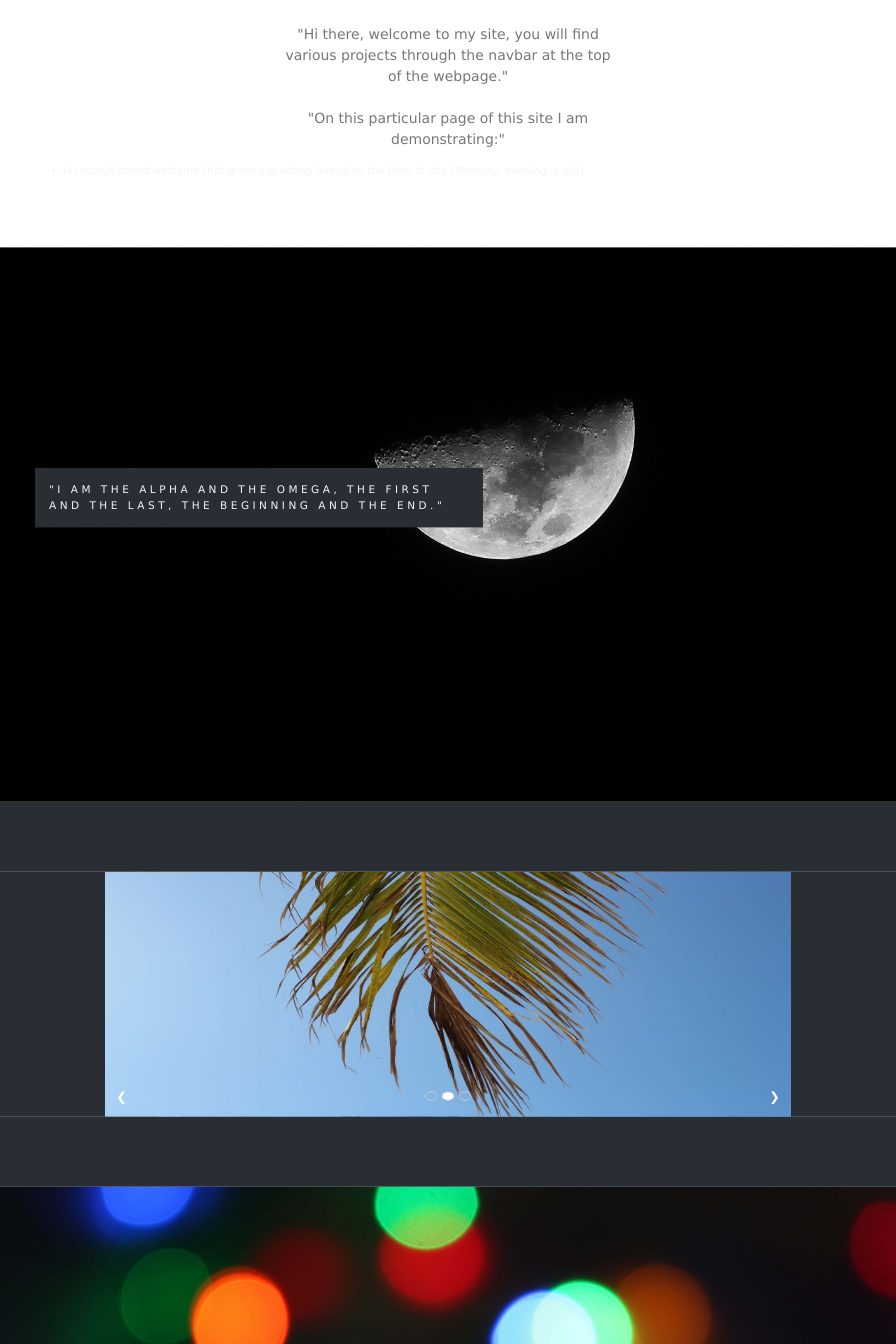
Repository: Jasondhillon/jasondhillon.github.io
Page: index.html
These files come from the project's save history. The page is drawn as it stood at one moment and after the next save; the edit follows.
The browser window is 1280 px wide. The pictures show the part of the page from y = 918 to 2838 px (the page is 3676 px tall before and 3781 px after), at 70% of full size.
Backgrounds fixed to the window are drawn as part of the page.

Above is the page before, as saved 2020-04-07 17:17:01.

### index.html
<!DOCTYPE html>
<html>
<head>
  <title>Welcome</title>
  <meta name="viewport" content="width=device-width, initial-scale=1">
  <meta name="robots" content="noindex, nofollow">
  <style>
    /*Above the fold*/
      html, body{width:100%; height: 100%; font-family: 'Ubuntu', sans-serif; color: whitesmoke;}

      .parallax{
      height:110%;
      background-attachment: fixed;
      background-position: center;
      background-repeat: no-repeat;
      background-size: cover;
      z-index: -5;
      }

      .topnav {
      position: absolute;
      overflow: hidden;
      }

      .topnav a {
      float: left;
      display: block;
      color: white;
      text-align: center;
      padding: 22px 21px;
      text-decoration: none;
      text-shadow: 0px 0px 10px black;
      font-size: 20px;
      }


      .topnav a:hover {
      background-color: #ddd;
      color: black;
      text-shadow: none;
      }

      .topnav .icon {
      display: none;
      color: white;
      }

      #welcome{
      text-align: center;
      position: absolute;
      left:0;
      width:100%;
      top:40%;
    }

    /*Mobile Media Query*/
      @media screen and (max-width:770px){
        html{overflow-x: hidden}
        /*Change Parallax to use smaller images*/
        .parallax{background-attachment: scroll;}
        #parallax1{background-image: url(../img/mosaic_small.jpg) !important;}
        #parallax2{background-image: url(../img/moon4_small2.jpg) !important; }
        #parallax3{background-image: url(../img/blur_small.jpg) !important;}

        /*Change Navbar to become hamburger menu*/
        .topnav a:not(:last-child) {
            display: none;
        }

        .topnav{
            min-height:100px;
            position: relative;
        }
        .topnav a.icon {
            position: absolute;
            right: 0;
            display: block;

        }
        .topnav.responsive {
            position: relative;
        }
        .topnav.responsive .icon {
            position: absolute;
            right: 0;
            top: 0;
        }
        .topnav.responsive a {
            float: none;
            display: block;
            text-align: left;
        }
      }
  </style>
  <!-- Async Script -->
    <noscript id="deferred-styles">
      <link rel="stylesheet" type="text/css" href="css/stylesheet.css"/>
      <link rel="stylesheet" href="https://www.w3schools.com/w3css/4/w3.css">
      <link rel="stylesheet" href="https://fonts.googleapis.com/css?family=Lato">
    </noscript>
    <script>
      var loadDeferredStyles = function() {
        var addStylesNode = document.getElementById("deferred-styles");
        var replacement = document.createElement("div");
        replacement.innerHTML = addStylesNode.textContent;
        document.body.appendChild(replacement)
        addStylesNode.parentElement.removeChild(addStylesNode);
      };
      var raf = requestAnimationFrame || mozRequestAnimationFrame ||
          webkitRequestAnimationFrame || msRequestAnimationFrame;
      if (raf) raf(function() { window.setTimeout(loadDeferredStyles, 0); });
      else window.addEventListener('load', loadDeferredStyles);
    </script>

</head>

<body>
<!-- Parallax/Navbar -->
  <div id="parallax1" class="parallax" style=" z-index: 1; height:110%; background-image: url(img/mosaic.JPG);" >
    <!--p style="color:white; height:110%; z-index: -599; position: absolute;"> loading </p-->

    <nav class="topnav" id="myTopnav">
      <a href="">Home</a>
      <a href="photos/index.html">Photos</a>
      <a href="about/index.html">About</a>
      <a href="contact/index.html">Contact</a>
      <a href="alt/index.html">Alt Site</a>
      <a href="javascript:void(0);" style="font-size:25px;" class="icon" onclick="myFunction();">&#9776;</a>
  </nav>

      <script>
          function myFunction()
          {
            var temp;
            var temp2;
            clearInterval(temp);
            clearInterval(temp2);

            var x = document.getElementById("myTopnav");
            var y = document.getElementById("welcometext");

            if (x.className === "topnav")
            {
              x.className += " responsive";

              y.style.opacity = 1;
              var temp = setInterval(function()
              {
                if(y.style.opacity<= 0)
                {
                  y.style.opacity = 0;
                  clearInterval(temp);

                }
                else
                {
                  y.style.opacity-=.1;
                  console.log("subtracting");
                }
              }, 10);

            }
            else
            {
              x.className = "topnav";
              y.style.opacity = 0;
                var temp2 = setInterval(function()
                {
                  if(y.style.opacity>= 1)
                  {
                    y.style.opacity = 1;
                    clearInterval(temp2);

                  }
                  else
                  {
                    y.style.opacity = parseFloat(y.style.opacity) + .05;
                    console.log("adding");
                  }
                }, 10);

            }
          }
      </script>

    <div id="welcome">
      <p id="welcometext">welcome</p>

      <script>
      var x = document.getElementById("welcometext");
      var y = new Date().getHours();
       if(y<12) x.innerHTML = "Good Morning";
       else if(y==12) x.innerHTML = "Welcome";
       else x.innerHTML = "Good Afternoon";
      </script>
    </div>

  </div>

<!-- Quote  -->
  <div style="background-color: white; padding: 80px 50px; line-height: 30px;">
    <h1 style="text-align: center; color: #444; text-transform: uppercase;">Jason Dhillon's Portfolio </h1>
    <p id="quote" style="text-align: center; width:40%; white-space:pre-line; margin: 0 auto; font-size: 20px; color: #777">
      "Hi there, welcome to my site, you will find various projects through the navbar at the top of the webpage."</p>
      <p id="quote" style="text-align: center; width:40%; white-space:pre-line; margin: 0 auto; font-size: 20px; color: #777">
        "On this particular page of this site I am demonstrating:"
      <ul>
        <li> Javascript based welcome that gives a greeting based on the time of day (Morning, evening, night)</li>
      </ul></p>
  </div>

<!-- Parallax/Moon -->
  <div id="parallax2" class="parallax" style="background-image: url(img/moon4.JPG);">
    <div style="position: relative; left:50px; top:100px; width:50%;">
      <p id="moontext">
        "I am the Alpha and the Omega,
          the First and the Last,
            the Beginning and the End."</p>
      </div>
  </div>

<!-- Slide Show -->
  <div style="background-color: #282E34; height: 100px;"></div>
  <div style="background-color: #282E34;">
    <div class="w3-content w3-display-container" style="height:350px; overflow:hidden">
      <img class="mySlides" src="img/IMG_0911.JPG" style="z-Index:3">
      <img class="mySlides" src="img/IMG_0810.JPG" style="z-Index:2">
      <img class="mySlides" src="img/IMG_1858.JPG" style="z-Index:1">

    <!-- Slide Show Buttons -->
      <div class="w3-center w3-container w3-section w3-large w3-text-white w3-display-bottommiddle" style="width:100%; z-index:4;">
        <div class="w3-left w3-hover-text-khaki" onclick="plusDivs(-1)">&#10094;</div>
        <div class="w3-right w3-hover-text-khaki" onclick="plusDivs(1)">&#10095;</div>
        <span class="w3-badge demo w3-border w3-transparent w3-hover-white" onclick="currentDiv(1)"></span>
        <span class="w3-badge demo w3-border w3-transparent w3-hover-white" onclick="currentDiv(2)"></span>
        <span class="w3-badge demo w3-border w3-transparent w3-hover-white" onclick="currentDiv(3)"></span>
      </div>

      <!--Slide Show Script -->
        <script>
          var slideIndex = 0;
          var j = null;
          document.getElementsByClassName("demo")[slideIndex].className += " w3-white";
          var looper = setInterval(function(){if(j==null){showNextDivs(1+slideIndex);}}, 5000);

          function plusDivs(n) {
            if(looper!== null){
              clearInterval(looper);
              looper = null;
            }

            if(j==null){
            showNextDivs(n+slideIndex);
            }
          }
          function currentDiv(n) {
            if(looper!== null){
              clearInterval(looper);
              looper = null;
            }

            if(j==null){
              showDivs(n);
            }
          }
          //////////////////////////////////////////////////////
          function showDivs(n) {
            var prev = slideIndex;
            var next = n-1;
            var x = document.getElementsByClassName("mySlides");
            var dots = document.getElementsByClassName("demo");

            x[prev].style.zIndex = 3;

            x[next].style.zIndex = 2;

            for(var i = 0; i<x.length; i++){
              if((i!== prev) && (i!==next)){
                x[i].style.zIndex = 1;
              }

            }
              var opc = 1;
              j = setInterval(function(){
                  if (opc <= 0) {
                    x[next].style.zIndex = 3;
                    x[prev].style.zIndex = 2;
                    x[prev].style.opacity = 1;
                      clearInterval(j);
                      j=null;
                  } else {
                      opc-=.01;

                      x[prev].style.opacity = opc;
                  }
              }, 10);

              slideIndex = next;

            for (i = 0; i < dots.length; i++) {
              dots[i].className = dots[i].className.replace(" w3-white", "");
            }

            dots[next].className += " w3-white";
            x[prev].style.opacity = 1;
          }
          ////////////////////////////////////////////////////
          function showNextDivs(n) {
            var x = document.getElementsByClassName("mySlides");
            var dots = document.getElementsByClassName("demo");

            var prev = slideIndex;
            var next = n;
            if (n == -1) {next = 2}
            if (n == 3) {next = 0}
            var x = document.getElementsByClassName("mySlides");
            var dots = document.getElementsByClassName("demo");

            x[prev].style.zIndex = 3;

            x[next].style.zIndex = 2;

            for(var i = 0; i<x.length; i++){
              if((i!== prev) && (i!==next)){
                x[i].style.zIndex = 1;
              }

            }
              var opc = 1;
              j = setInterval(function(){
                  if (opc <= 0) {
                    x[next].style.zIndex = 3;
                    x[prev].style.zIndex = 2;
                    x[prev].style.opacity = 1;
                      clearInterval(j);
                      j=null;
                  } else {
                      opc-=.01;

                      x[prev].style.opacity = opc;
                  }
              }, 10);

              slideIndex = next;

            for (i = 0; i < dots.length; i++) {
              dots[i].className = dots[i].className.replace(" w3-white", "");
            }

            dots[next].className += " w3-white";
            x[prev].style.opacity = 1;

            console.log("Previous: " + prev + "\nslideIndex: " + slideIndex)
          }
        </script>

      </div>
    </div>
  </div>
  <div style="background-color: #282E34; height: 100px;"></div>


<!-- Skype Bot -->
  <span class="skype-button bubble " data-bot-id="2c2a7e41-040a-4fcd-b10a-2480ac3c488e"></span>
  <script src="https://swc.cdn.skype.com/sdk/v1/sdk.min.js"></script>

  <!-- Parallax -->
  <div id="parallax3" class="parallax" style="background-image: url(img/blur.JPG);">
  </div>

  <!-- Footer -->
  <footer class="footer">
    <table class="footer" cellspacing="0" cellpadding="0">

      <tr>
        <td>
          <p class="footer">SOCIAL</p>
          <ul class="footer">
            <li class="footer"><a  class="footer" href="https://www.facebook.com/"> <img src="img/facebook.svg" alt="" width="50px" height="50px"></li>
            <li class="footer"><a  class="footer" href="https://twitter.com/"> <img src="img/twitter.svg" alt="" width="50px" height="50px"></li>
            <li class="footer"><a class="footer" href="https://plus.google.com/+"> <img src="img/googleplus.svg" alt="" width="50px" height="50px"></li>
            <li class="footer"><a class="footer" href="https://www.instagram.com//"> <img src="img/instagram.svg" alt="" width="50px" height="50px"></li>
            <li class="footer"><a class="footer" href="https://www.youtube.com/"> <img src="img/youtube.svg" alt="" width="50px" height="50px"></li>
          </ul>
        </td>

        <!--Desktop-->
        <td id="desktop">
            <h4>You can contact me here</h4>
            <h4><img id="icon" src="img/location2.png">Orlando, FL</h4>
            <h4><img id="icon" src="img/phone2.png"><a style="color:dodgerblue" href="tel:">1-407-407-0000</h4></a></li>
            <h4><img id="icon" src="img/mail2.png"><a style="color:dodgerblue" href="mailto:">email@gmail.com</a></h4>
        </td>
      </tr>

      <!--Mobile-->
      <tr>
        <td id="mobile">
          <ul style="margin: 0 auto; width: 100%; padding: 20px;">
            <li class="footer" style="width:100%"><h4>You can contact me here</h4></li>
            <li class="footer" style="width:100%"><h4><img id="icon" src="img/location2.png">Orlando, FL</h4></li>
            <li class="footer" style="width:100%"><h4><img id="icon" src="img/phone2.png"><a style="color:dodgerblue" href="tel:">1-407-407-0000</h4></a></li>
            <li class="footer" style="width:100%"><h4><img id="icon" src="img/mail2.png"><a style="color:dodgerblue" href="mailto:">email@gmail.com</a></h4></li>
          </ul>
        </td>
      </tr>
    </table>

  </footer>

</body>
</html>

### css/stylesheet.css
html, body{width:100%; height: 100%; font-family: 'Ubuntu', sans-serif; color: whitesmoke;}
a{text-decoration: underline;}
.mySlides {display:block; position: absolute;}
.w3-left, .w3-right, .w3-badge {cursor:pointer}
.w3-badge {height:13px; width:13px; padding:0}

/*Parallax*/
    .parallax{
        height:110%;
        background-attachment: fixed;
        background-position: center;
        background-repeat: no-repeat;
        background-size: cover;
        z-index: -5;
    }

 /*Moon Text*/
    #moontext {
        position: absolute;
        top:200px;
        text-transform:uppercase;
        background-color:#282E34;
        width:100%;
        letter-spacing: 5px;
        padding: 20px;
    }


/*Navbar*/
    .topnav {
        position: absolute;
        overflow: hidden;
        }

        .topnav a {
        float: left;
        display: block;
        color: white;
        text-align: center;
        padding: 22px 21px;
        text-decoration: none;
        text-shadow: 0px 0px 10px black;
        font-size: 20px;
        }


        .topnav a:hover {
        background-color: #ddd;
        color: black;
        text-shadow: none;
        }

        .topnav .icon {
        display: none;
        color: white;
        }

        #welcome{
            text-align: center;
            position: absolute;
            left:0;
            width:100%;
            top:40%;
        }

	#welcometext{
	    opacity: 1;
	    position: absolute;
	    left: 0;
	    right: 0;
	    text-transform: uppercase;
	    background-color: #282E34;
	    width: 250px;
	    text-align: center;
	    font-size: 20px;
	    letter-spacing: 10px;
	    padding: 20px;
	    margin: 0 auto;
	}

/*Footer*/
    footer{
        width:100%;
        background-color: #111;
        text-align: center;
        padding-bottom: 50px;
    }

    p.footer{
        padding-top: 50px;
        color: white;
        font-weight: bold;
    }

    ul.footer{
        display: inline;
        list-style: none;
        padding-right: 50px;
    }
    a.footer{
        text-decoration: none;
    }
    #mobile{
        display: none;
    }
    li.footer{
	    display: inline-block;
    }
    #desktop{
        padding-right: 100px;
        padding-top:50px;
        float: right;
    }
    table.footer{
        width: 100%; table-layout: fixed
    }

/*SkypeBot iframe*/
iframe{
    background-color: #111 !important;
    width: inherit !important;
    height: 2em;
    margin: 0 !important;
}

/*Mobile Media Query*/
    @media screen and (max-width:770px){
    html{overflow-x: hidden}
    /*Change Parallax to use smaller images*/
    .parallax{background-attachment: scroll;}
    #parallax1{background-image: url(../img/mosaic_small.jpg) !important;}
    #parallax2{background-image: url(../img/moon4_small2.jpg) !important; }
    #parallax3{background-image: url(../img/blur_small.jpg) !important;}

    /*Change Navbar to become hamburger menu*/
    .topnav a:not(:last-child) {
        display: none;
    }

    .topnav{
        min-height:100px;
        position: relative;
    }
    .topnav a.icon {
        position: absolute;
        right: 0;
        display: block;

    }
    .topnav.responsive {
        position: relative;
    }
    .topnav.responsive .icon {
        position: absolute;
        right: 0;
        top: 0;
    }
    .topnav.responsive a {
        float: none;
        display: block;
        text-align: left;
    }

    /*Change the slide show to fit the screen*/
    .mySlides{
        margin-left:-150px;
    }

    /*Change footer to mobile friendly variant*/
    .footer{
        padding: 0;
    }
    ul.footer{
        padding-right:0px;
    }

    td.footer{
        padding-right:0;
    }

    #desktop{
        display:none;
    }
    #mobile{
        display:block;
    }

    table{
        width:100%;
    }

    /*Positioning fixes for mobile*/
    #moontext{
        font-size: 12px;
        top:30px;
    }

    #quote{
        width:100% !important;

    }
}
@media screen and(max-width: 1090px){
    #quote{
        width:100% !important;
    }
}

After the next save:
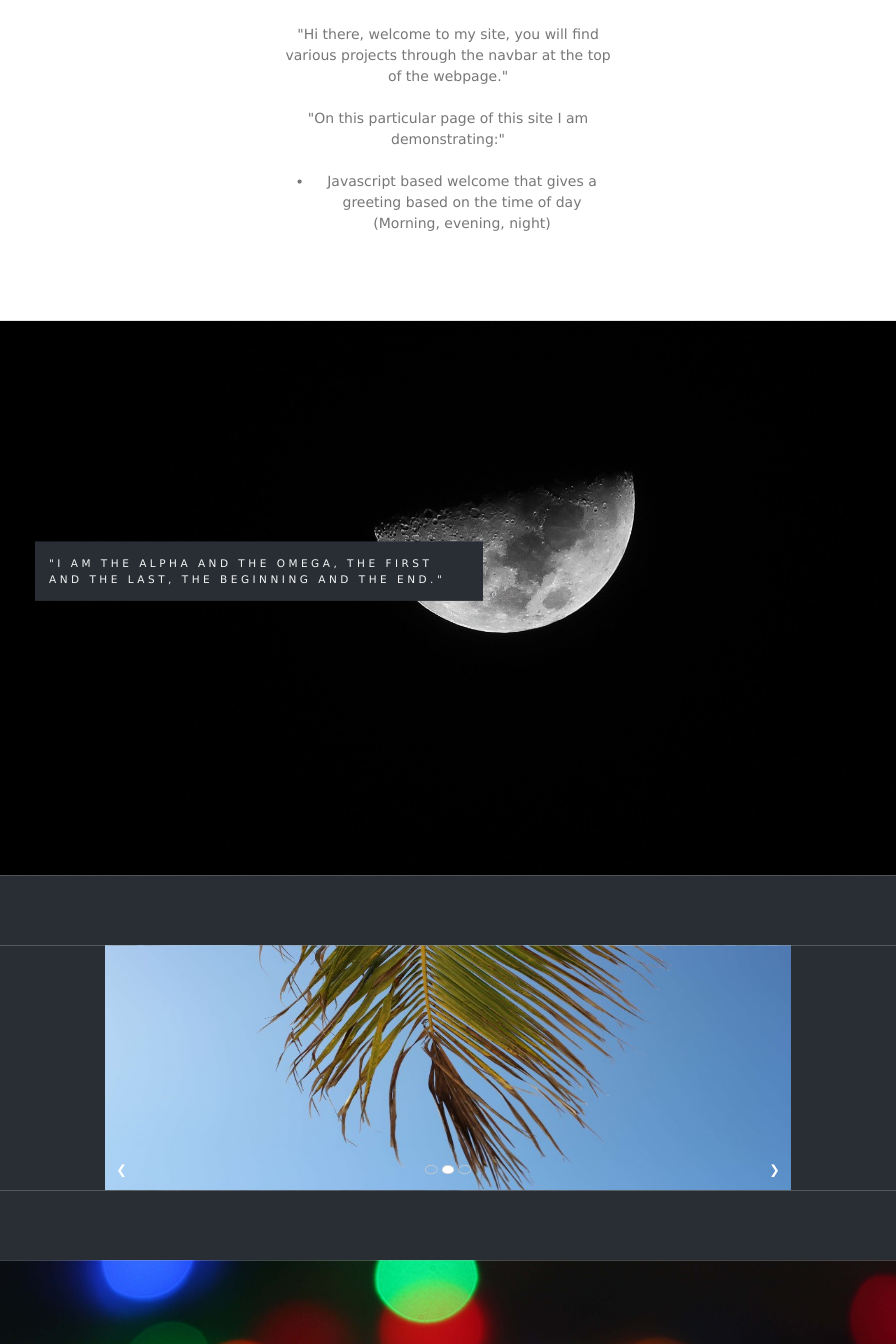
Saved 21 s later.
--- a/index.html
+++ b/index.html
@@ -204,7 +204,7 @@
       "Hi there, welcome to my site, you will find various projects through the navbar at the top of the webpage."</p>
       <p id="quote" style="text-align: center; width:40%; white-space:pre-line; margin: 0 auto; font-size: 20px; color: #777">
         "On this particular page of this site I am demonstrating:"
-      <ul>
+      <ul style="text-align: center; width:40%; white-space:pre-line; margin: 0 auto; font-size: 20px; color: #777">
         <li> Javascript based welcome that gives a greeting based on the time of day (Morning, evening, night)</li>
       </ul></p>
   </div>
